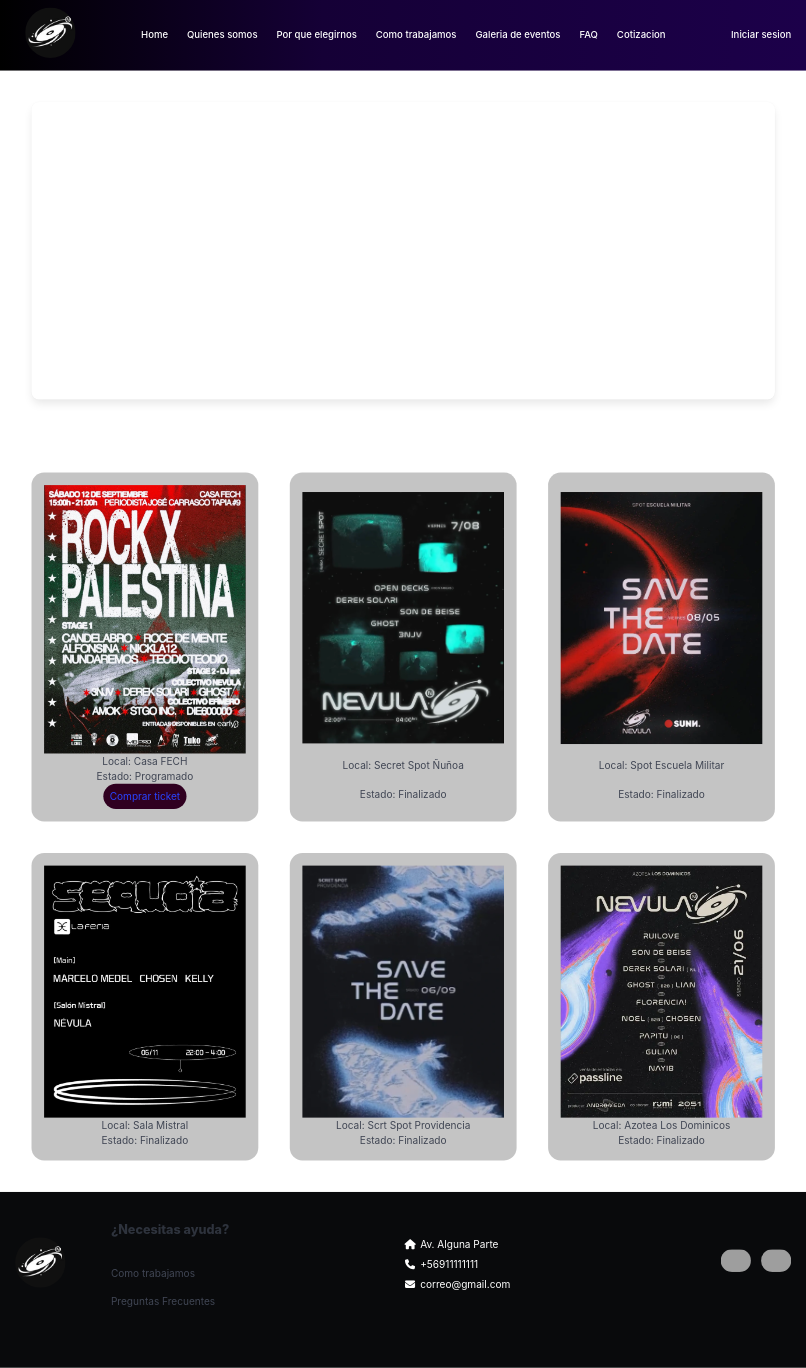
Repository: ChrisMalhue/PaginaNebula
Page: pages/eventos.html
The author's editor kept a copy of each file at every save. The page is drawn from the files as they stood at one save, then again after the next save.
The browser window is 1280 px wide. The pictures show the whole page, at 63% of full size.
Pictures or frames that could not be fetched are drawn as grey boxes.

Above is the page before, as saved 2026-09-09 22:08:27.

### pages/eventos.html
<!DOCTYPE html>
<html lang="es">
<head>
    <meta charset="UTF-8">
    <meta name="viewport" content="width=device-width, initial-scale=1.0">
    <title>Eventos</title>
    <link rel="stylesheet" href="../styles/style.css">
    <link rel="stylesheet" href="https://cdn.jsdelivr.net/npm/bulma@1.0.4/css/bulma.min.css">
    <link rel="stylesheet" href="https://cdnjs.cloudflare.com/ajax/libs/font-awesome/6.5.1/css/all.min.css">
</head>
<body>
    <header id ="header"></header>

    <section id="trabajamos">

        <div class="trabajamos-item box mb-4">
                <p class="trabajamos-respuesta is-size-4 is-family-sans-serif has-text-white">
                    En Nevula no improvisamos el viaje: cada evento parte con una órbita clara. Escuchamos tu idea, entendemos la energía que buscas y armamos el set pensando en tu público, no en una fórmula genérica. Llegamos con anticipación, probamos cada equipo y nos aseguramos de que todo esté listo para el despegue. Desde la primera conversación hasta el último track, trabajamos codo a codo contigo para que tu fiesta llegue nítida, potente y sin turbulencias.
                    <br>
                    <br>
                    Nuestro proceso es simple y directo:
                    <br>
                    <br>
                    1) Conocemos tu evento — hablamos contigo sobre el estilo, el público y la vibra que buscas.
                    <br>
                    2) Preparamos el set — seleccionamos música pensada exclusivamente para esa noche.
                    <br>
                    3) Llegamos antes — instalamos y probamos el equipo con tiempo de sobra.
                    <br>
                    4) Hacemos que la fiesta vuele — nos entregamos 100% para que la energía no baje hasta el final.
                </p>
        </div>
    </section>

    <section id="fotos">
        <div>
            <img src="/images/evento6.webp" alt="Evento 6">
            <p>Local: Casa FECH</p>
            <p>Estado: Programado</p>
            <a href="https://pro.byearly.com/"><button>Comprar ticket</button></a>
        </div>

        <div>
            <img src="/images/evento5.webp" alt="Evento 5">
            <p>Local: Secret Spot Ñuñoa</p>
            <p>Estado: Finalizado</p>
        </div>

        <div>
            <img src="/images/evento4.webp" alt="Evento 4">
            <p>Local: Spot Escuela Militar</p>
            <p>Estado: Finalizado</p>
        </div>

        <div>
            <img src="/images/evento3.webp" alt="Evento 3">
            <p>Local: Sala Mistral</p>
            <p>Estado: Finalizado</p>
        </div>

        <div>
            <img src="/images/evento2.webp" alt="Evento 2">
            <p>Local: Scrt Spot Providencia</p>
            <p>Estado: Finalizado</p>
        </div>

        <div>
            <img src="/images/evento1.webp" alt="Evento 1">
            <p>Local: Azotea Los Dominicos</p>
            <p>Estado: Finalizado</p>
        </div>
    </section>

        <section class="agregar box mt-4" id="agregar-evento">
        <div class="contenedor-agregar">

            <div class="campos-inputs">
                <div class="field">
                    <label class="label">Local del evento</label>
                    <div class="control">
                        <input class="input" type="text" id="local_evento" placeholder="Escribe aquí">
                    </div>
                </div>

                <div class="field">
                    <label class="label">Estado</label>
                    <div class="control">
                        <div class="select">
                            <select id="estado_evento">
                                <option value="Programado">Programado</option>
                                <option value="Finalizado">Finalizado</option>
                            </select>
                        </div>
                    </div>
                </div>

                <div class="field">
                    <label class="label">Imagen del evento</label>
                    <div class="control">
                        <input class="input" type="text" id="imagen_evento" placeholder="Pega el link aquí">
                    </div>
                </div>

                <div class="field">
                    <label class="label">Link para comprar entradas</label>
                    <div class="control">
                        <input class="input" type="text" id="link_evento" placeholder="Solo si está Programado">
                    </div>
                </div>
            </div>

            <div class="boton-contenedor">
                <button type="button" class="button is-primary" onclick="agregarEvento()">Agregar Evento</button>
            </div>

        </div>
    </section>
    <footer id="footer-container"></footer>
</body>
<script src="../scripts/script.js"></script>
</html>

### styles/style.css
@import "https://cdn.jsdelivr.net/npm/bulma@1.0.4/css/bulma.min.css";

.custom-navbar {
  /* Lienas encargadas del degradado */
  background: linear-gradient(to right, #000000 0%, #150036 40%, #1c004a 100%) !important;
  width: 100%;
  padding-right: 1.5rem;;
}

header{
  position: sticky;
  top: 0;
  z-index: 100; /* Esto es para que el header siempre quede al frente y no se bugee la pag al scrollear hacia abajo */
}

/* Forzar que las columnas de nebula ocupen todo el ancho */
.custom-navbar .container.columns {
  display: flex !important;
  width: 100%;
  max-width: 100% !important;   /* Esta linea salvo la pagina, estaba mal el header y con esto se centro bien*/
}

/* Seccion del logo a continuacion */

.logo-seccion {
  flex-shrink: 0; /* El shrink hace que el logo no se achique */
  margin-left: 40px;
}

.logo-texto {
  color: #ffffff !important;
  font-size: 1.3rem;
  font-weight: bold;
  display: flex;
  align-items: center;
  gap: 10px;
}

.andlogo{
  width: 80px;
  border-radius: 500px;
}

.menu-seccion {
  display: flex !important;
  justify-content: center !important;
  align-items: center !important;
  flex-grow: 1; /* Esto hace que ocupe todo el espacio entre los links */
  gap: 30px;    /* esto es para el espacio horizontal */
}

.nav-link {
  color: #ffffff !important;
  text-decoration: none;
  font-size: 0.95rem;
  font-weight: 500;
  padding: 5px 0;
  transition: color 0.3s ease;
  white-space: nowrap; /* esto evita que lo largo se separe en 2 lineas */
}

/* Body comienza aqui abajo*/

/* Contenedor, video y texto*/

/* Contenedor: centrado vertical en vez de flex-start, se ve más equilibrado */
.contenedor{
  display: flex;
  align-items: center;
  min-height: 800px;
  gap: 40px;
  padding-top: 60px;
  padding-bottom: 60px;
  background: linear-gradient(to bottom, #000000 0%, #1c004a 35%, #1b0036 70%, #690046 100%) !important;
}

/* Vídeo */
.video-box{
  background-size: cover;
  background-position: center;
  width: 50%;
  height: 700px;
  margin-left: 40px;
  border-radius: 90px;
}

/* Texto alineado a la izquierda, con ancho máximo para que no se disperse */
.texto-box{
  display: flex;
  align-items: flex-start;
  flex-direction: column;
  gap: 24px;
  max-width: 550px;
  padding-right: 40px;
}

/* Título Nevula */
.texto-box h1{
  color: #ffffff;
  font-weight: 700;
  font-size: clamp(2.5rem, 5vw, 4rem);
  letter-spacing: 4px;
  text-transform: uppercase;
  margin: 0;
}

/* Primer párrafo */
.texto-box p {
  color: rgba(255, 255, 255, 0.75);
  font-size: 1.05rem;
  line-height: 1.7;
  margin: 0;
}

/* Segundo párrafo */
.texto-box p:last-of-type {
  color: #ffffff;
  font-weight: 600;
  font-size: 1.15rem;
}

/* Elegirnos */
#elegirnos h2{
  text-align: center;
  margin-top: 20px;
  color: #020202;
  font-weight: 700;
  font-size: clamp(2.5rem, 5vw, 4rem);
  letter-spacing: 4px;
  text-transform: uppercase;
}

#elegirnos-grid{
  display: grid;
  flex-wrap: wrap;
  grid-template-columns: 1fr 1fr 1fr;
  column-gap: 50px;
  row-gap: 50px;
  margin: 50px;
}

#elegirnos-grid img{
  width: 130px;
}

#elegirnos-grid div{
  display: flex;
  flex-direction: column;
  justify-content: space-around;
  align-items: center;
  background-color: #3636364b;
  border-radius: 20px;
  padding: 20px;
}

/* Historial de Eventos */
#fotos{
  display: grid;
  flex-wrap: wrap;
  grid-template-columns: 1fr 1fr 1fr;
  column-gap: 50px;
  row-gap: 50px;
  margin: 50px;
}

#fotos div{
  display: flex;
  flex-direction: column;
  justify-content: space-around;
  align-items: center;
  background-color: #3636364b;
  border-radius: 20px;
  padding: 20px;
}

#fotos div:hover{
  color: white;
  background-color: #240049ab;
  transition: 0.3s;
}

#fotos div button{
  background-color: #300020;
  padding: 10px;
  border-radius: 20px;
}

#fotos div button:hover{
  background-color: #5c003d;
  transition: 0.3s;
}

.trabajamos-item{
  width: 1500px;
}

#trabajamos{
  display: flex;
  align-items: center;
  justify-content: center;
  padding: 50px;
}

.trabajamos-respuesta{
  text-align: justify;
}

/* CSS de footer */
.footer{
  padding: 40px 20px;
}

.andlogo{
  max-width: 120px;
  height: auto;
}

.gap-2{
  gap: 8px;
}

.gap-3{
  gap: 16px;
}

/* Media queries */
@media screen and (max-width: 768px) {
.footer .columns {
  flex-direction: column;
  align-items: center;
  text-align: center;
}



.footer .column {
  margin-left: 0 !important;
  margin-bottom: 1.5rem;
  width: 100%;
}



.footer .is-flex {
  justify-content: center !important;
}

}

### scripts/script.js
// Header

function inyectarHeader(){

    document.getElementById("header").innerHTML = `
    <nav class="custom-navbar py-3">
        <div class="container columns is-vcentered is-mobile m-0">

            <!-- Sección 1: Logotipo (Izquierda) -->
            <section class="column is-narrow p-0 logo-seccion">
                <h1 class="logo-texto">
                  <a href="/index.html">
                    <img class="andlogo" src="/images/logo.webp">
                  </a>
                </h1>
            </section>

            <!-- Sección 2: Enlaces (Centro) -->
            <section class="column is-flex is-justify-content-center p-0 menu-seccion">
                <a class="nav-link is-active" href="../index.html">Home</a>
                <a class="nav-link" href="../index.html#quienes">Quienes somos</a>
                <a class="nav-link" href="../index.html#elegirnos">Por que elegirnos</a>
                <a class="nav-link" href="../pages/eventos.html#trabajamos">Como trabajamos</a>
                <a class="nav-link" href="../pages/eventos.html#fotos">Galeria de eventos</a>
                <a class="nav-link" href="../pages/faqcotiza.html#faq">FAQ</a>
                <a class="nav-link" href="../pages/faqcotiza.html#cotizacion">Cotizacion</a>
            </section>

            <section class="sin_cuenta">
              <a class="nav-link" href="../pages/inicio_secion.html">Iniciar sesion</a>
            </section>

            <section class="con_cuenta">
              <button onclick="cerrarSesion()">Cerrar sesion</button>
            </section>


        </div>
    </nav>`;

    // Aqui vemos si hay alguna sesion creada para despues mosrtar el boton que toque
    const estaLogueado = localStorage.getItem("logueado") === "true";
    const sinCuenta = document.querySelector(".sin_cuenta");
    const conCuenta = document.querySelector(".con_cuenta");

    if (estaLogueado) {
        sinCuenta.style.display = "none";
        conCuenta.style.display = "flex";
    } else {
        sinCuenta.style.display = "flex";
        conCuenta.style.display = "none";
    }

}

// Funciones medias

function recibirDatos(event) {
    event.preventDefault(); // Evita que la página se recargue y se pierda la información

    // Muestra el cuadro nativo con tu mensaje personalizado
    alert("Recibimos tu solicitud, te contactaremos en breve.");

    // Deja todos los campos del formulario completamente vacíos
    event.target.reset();
}

function recibirDatosLogin(event) {
    event.preventDefault();

    const usuarioValido = "admin";
    const contrasenaValida = "1234";

    const form = event.target;
    const usuarioIngresado = document.getElementById("usuario").value;
    const contrasenaIngresada = document.getElementById("contrasena").value;

    if (usuarioIngresado === usuarioValido && contrasenaIngresada === contrasenaValida) {
        localStorage.setItem("logueado", "true");
        window.location.href = "../index.html";
    } else {
        alert("Usuario o contraseña incorrecto");
    }
}

function cerrarSesion() {
    localStorage.removeItem("logueado");
    window.location.href = "../index.html";
}

// Footer

function inyectaFooter(){

  const footerHTML = `
    <footer class="footer has-background-black has-text-white">
    <div class="columns is-vcentered is-justify-content-space-between">
      <div class="column is-narrow">
        <a href="/index.html">
          <img class="andlogo" src="/images/logo.webp">
        </a>
      </div>
      <div class="column is-narrow ml-6">
        <p class="title is-5">¿Necesitas ayuda?</p>
        <br>
        <p class="subtitle is-6"><a class="has-text-current" href="/pages/eventos.html">Como trabajamos</a></p>
        <p class="subtitle is-6"><a class="has-text-current" href="/pages/faqcotiza.html">Preguntas Frecuentes</a></p>
      </div>

      <div class="column is-flex is-justify-content-flex-end">
        <div class="is-flex is-flex-direction-column gap-2">
          <span class="icon-text">
            <span class="icon"><i class="fa-solid fa-house"></i></span>
            <span>Av. Alguna Parte</span>
          </span>
          <span class="icon-text">
            <span class="icon"><i class="fa-solid fa-phone"></i></span>
            <span>+56911111111</span>
          </span>
          <span class="icon-text">
            <span class="icon"><i class="fa-solid fa-envelope"></i></span>
            <span>correo@gmail.com</span>
          </span>
        </div>
      </div>
      <div class="column is-flex is-justify-content-flex-end">
        <div class="is-flex is-flex-direction-row is-align-items-center gap-3">
          <a href="https://www.instagram.com/nevula.scl/" target="_blank">
            <figure class="image is-48x48">
              <img class="is-rounded" src="https://encrypted-tbn0.gstatic.com/images?q=tbn:ANd9GcR8HUwsS-_LkMQoYL66F7AUH5X4HwhDjzCNMg-_jlvPxQ&s=10" />
            </figure>
          </a>
          <a href="https://www.youtube.com/channel/UCa-jOKgfq2FLccvHXteRdpQ" target="_blank">
            <figure class="image is-48x48">
              <img class="is-rounded" src="https://www.icosix.com/uploads/icons/2025/09/youtube.png" />
            </figure>
          </a>
        </div>
      </div>
    </div>
  </footer>`;

  const container = document.getElementById('footer-container');
  if (container) {
    container.innerHTML = footerHTML;
  }
}

// Funcion de eventos

function agregarEvento() {

    const local = document.getElementById("local_evento").value;
    const estado = document.getElementById("estado_evento").value;
    const imagen = document.getElementById("imagen_evento").value;
    const link = document.getElementById("link_evento").value;

    // Validacion de campos vacios
    if (!local || !imagen) {
        alert("Por favor completa el local y la imagen del evento.");
        return;
    }

    if (estado === "Programado" && !link) {
        alert("Los eventos Programados necesitan un link para comprar entradas.");
        return;
    }

    const contenedorFotos = document.getElementById("fotos");

    // Parecido al trabajo de cartas, se crea el contenedor
    const nuevoEvento = document.createElement("div");

    // el boton de comrpa se muestra solo si el estado agregado es programado
    const botonHTML = estado === "Programado"
        ? `<a href="${link}" target="_blank"><button>Comprar ticket</button></a>`
        : "";

    nuevoEvento.innerHTML = `
        <img src="${imagen}" alt="${local}">
        <p>Local: ${local}</p>
        <p>Estado: ${estado}</p>
        ${botonHTML}
    `;

    contenedorFotos.prepend(nuevoEvento);

    // Limpiamos el formulario
    document.getElementById("local_evento").value = "";
    document.getElementById("imagen_evento").value = "";
    document.getElementById("link_evento").value = "";
}

function controlarVistaAdmin() {
    const estaLogueado = localStorage.getItem("logueado") === "true";
    const seccionAgregar = document.getElementById("agregar-evento");

    if (seccionAgregar) {
        seccionAgregar.style.display = estaLogueado ? "block" : "none";
    }
}

inyectaFooter();
inyectarHeader();
controlarVistaAdmin();

After the next save:
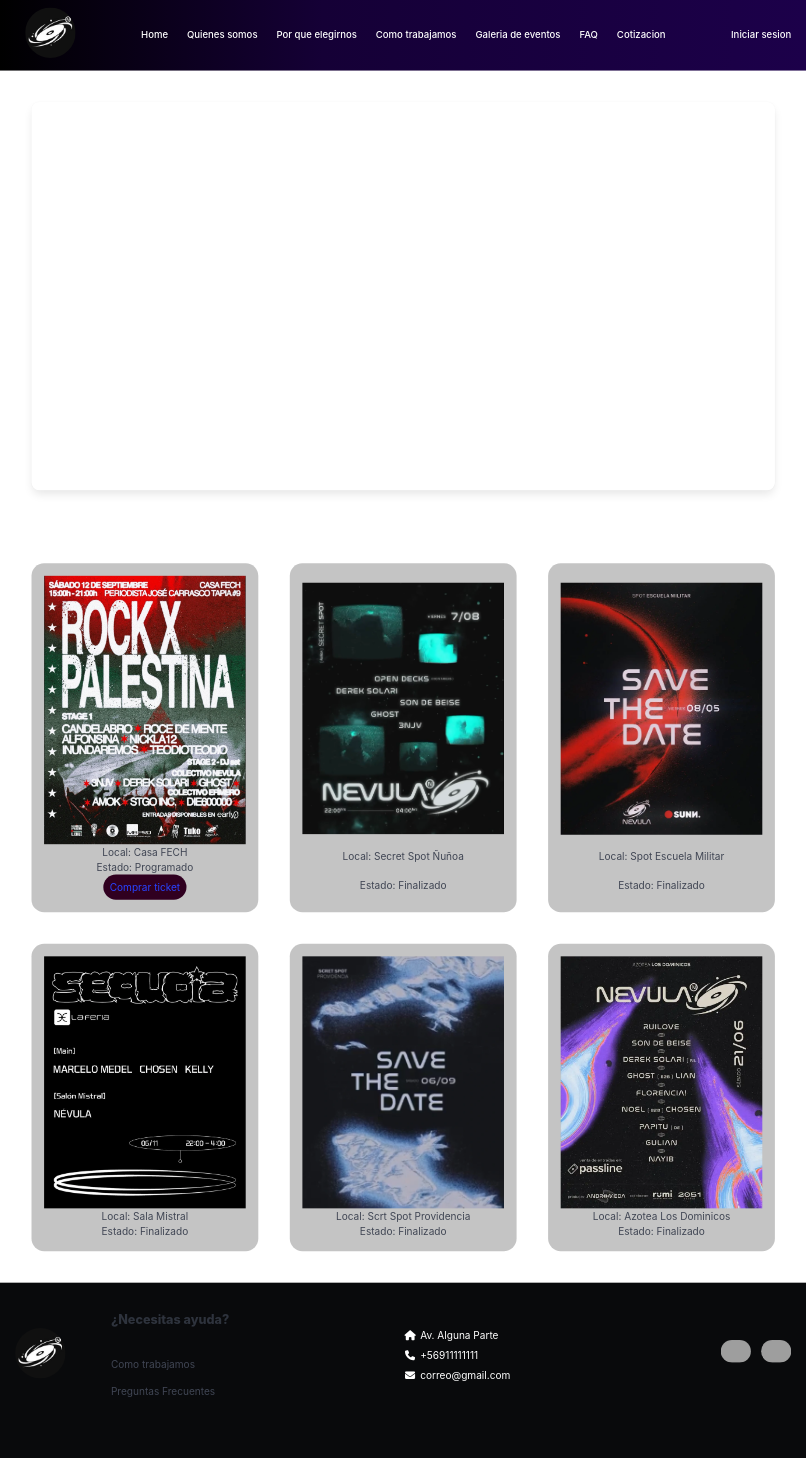
Saved 12 s later.
--- a/pages/eventos.html
+++ b/pages/eventos.html
@@ -14,7 +14,7 @@
     <section id="trabajamos">
 
         <div class="trabajamos-item box mb-4">
-                <p class="trabajamos-respuesta is-size-4 is-family-sans-serif has-text-white">
+                <p class="trabajamos-respuesta is-size-4 is-family-monospace has-text-white">
                     En Nevula no improvisamos el viaje: cada evento parte con una órbita clara. Escuchamos tu idea, entendemos la energía que buscas y armamos el set pensando en tu público, no en una fórmula genérica. Llegamos con anticipación, probamos cada equipo y nos aseguramos de que todo esté listo para el despegue. Desde la primera conversación hasta el último track, trabajamos codo a codo contigo para que tu fiesta llegue nítida, potente y sin turbulencias.
                     <br>
                     <br>

After the save that followed:
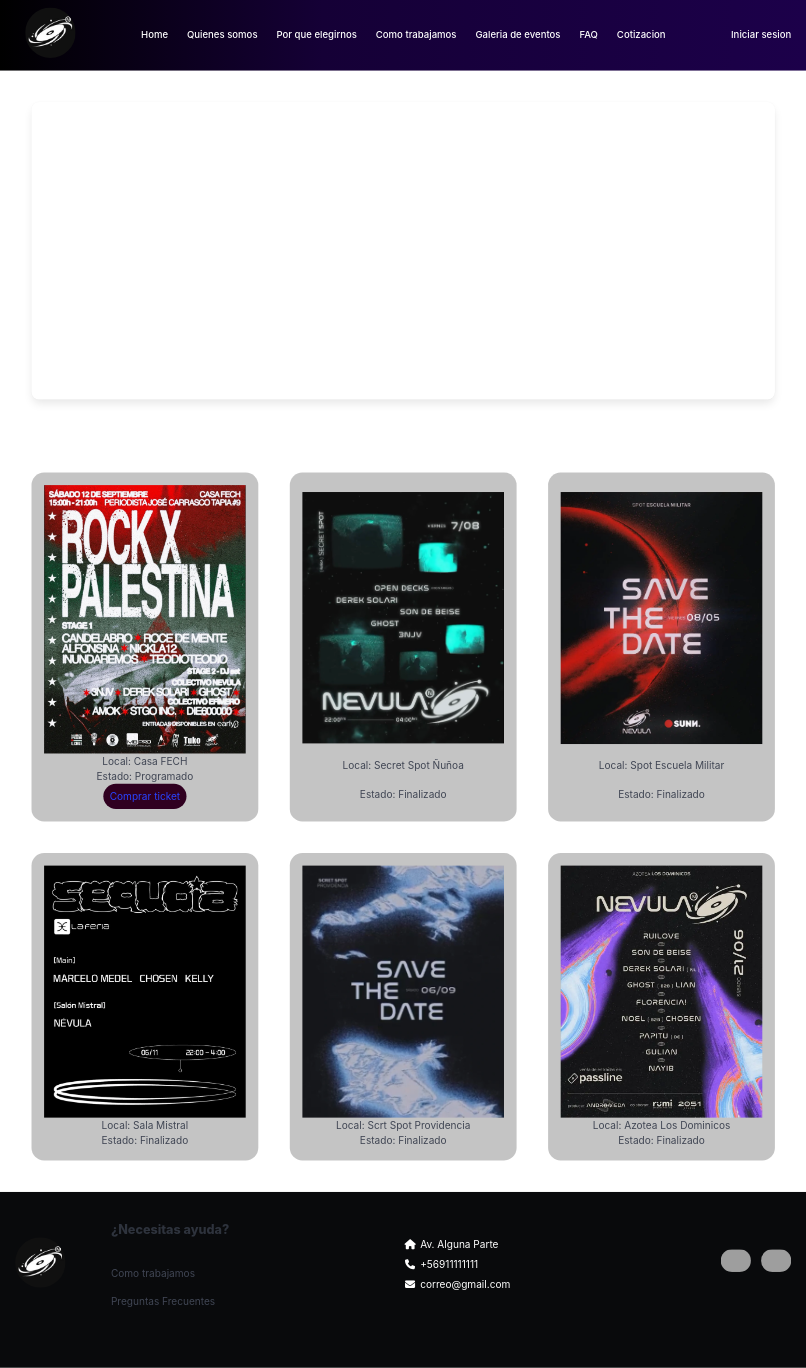
Saved 29 s later.
--- a/pages/eventos.html
+++ b/pages/eventos.html
@@ -14,7 +14,7 @@
     <section id="trabajamos">
 
         <div class="trabajamos-item box mb-4">
-                <p class="trabajamos-respuesta is-size-4 is-family-monospace has-text-white">
+                <p class="trabajamos-respuesta is-size-4 has-text-white">
                     En Nevula no improvisamos el viaje: cada evento parte con una órbita clara. Escuchamos tu idea, entendemos la energía que buscas y armamos el set pensando en tu público, no en una fórmula genérica. Llegamos con anticipación, probamos cada equipo y nos aseguramos de que todo esté listo para el despegue. Desde la primera conversación hasta el último track, trabajamos codo a codo contigo para que tu fiesta llegue nítida, potente y sin turbulencias.
                     <br>
                     <br>
